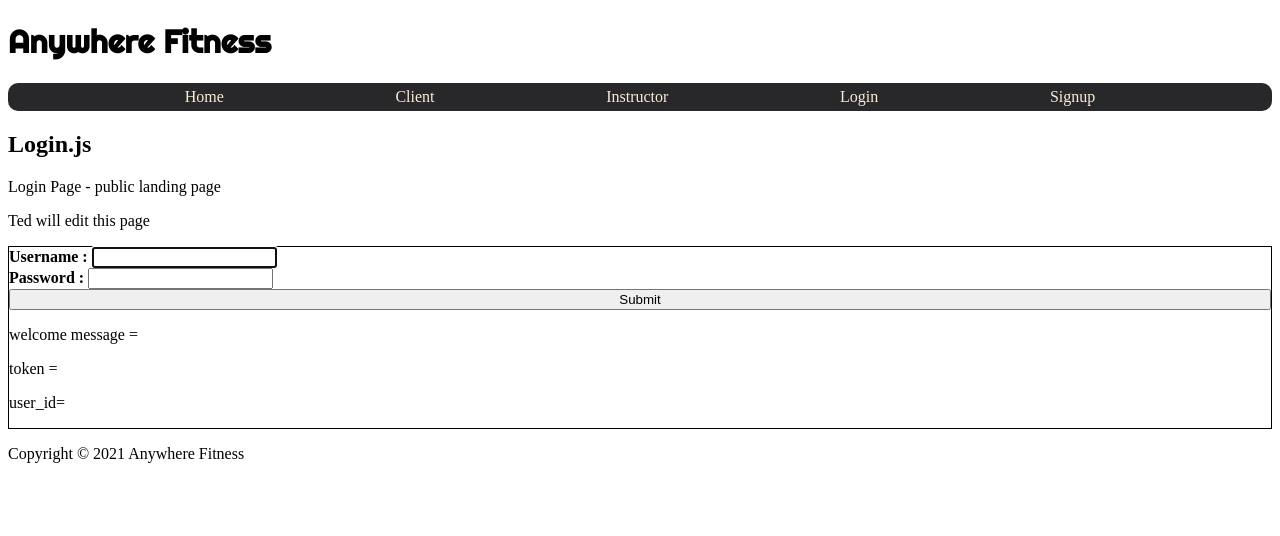
Repository: 10-21-BW-AnywhereFitness/frontend
Page: /login (app in anywherefitness-fe/)
An editor plug-in stored every save of this project. The page is shown before and after a run of saves, followed by the edit.
The browser window is 1280 px wide. The pictures show the whole page.
Some web fonts or font styles are not loaded; a fallback is used. The project was rebuilt for these pictures with package versions that can differ from the ones it lists, and the page was loaded fresh each time. Also part of the build but not shown: anywherefitness-fe/src/components/pages/home.js, anywherefitness-fe/src/components/landing/ClientLanding.js, anywherefitness-fe/src/components/pages/client.js, anywherefitness-fe/src/components/landing/EditMenu.css, anywherefitness-fe/src/components/landing/EditMenu.js, anywherefitness-fe/src/components/landing/ClassDetails.js, anywherefitness-fe/src/components/landing/Popup.css, anywherefitness-fe/src/components/landing/Popup.js and 5 more.

Above is the page before, as saved 2021-10-22 09:54:36.

### anywherefitness-fe/public/index.html
<!DOCTYPE html>
<html lang="en">
  <head>
    <meta charset="utf-8" />
    <link rel="icon" href="%PUBLIC_URL%/favicon.ico" />
    <meta name="viewport" content="width=device-width, initial-scale=1" />
    <meta name="theme-color" content="#000000" />
    <link rel="preconnect" href="https://fonts.googleapis.com">
    <link rel="preconnect" href="https://fonts.gstatic.com" crossorigin>
    <link href="https://fonts.googleapis.com/css2?family=Righteous&family=Scheherazade+New&display=swap" rel="stylesheet">

      <title>Anywhere Fitness App</title>
  </head>
      <body>
        <div id="root"></div>
      </body>
</html>

### anywherefitness-fe/src/index.css
* {

}

body {

  font-family: 'Scheherazade New', serif;

}

code {
  font-family: source-code-pro, Menlo, Monaco, Consolas, 'Courier New',
    monospace;
}

h1{
  font-family: 'Righteous', cursive;
  color: black;
}

.logo-bar{
  margin: 0;
  padding:0;
}

.nav-bar{
  display: flex;
  justify-content: space-evenly;
  align-items: center;
  background-color: rgb(40, 40, 43);
  border-radius: 10px 10px;
  padding:5px;
  margin-top: 0;
}

a{
  color: antiquewhite;
  text-decoration: none;
}

.content-container{
  display: flex;
  flex-direction: row;
  justify-content: space-around;
}

.text-content{
  border: 1px solid red;
}

.workout-img{
  border: 1px solid red;
}

.workout-img img{
  width: 50%;
  height: 50%;
}

### anywherefitness-fe/src/App.js
import React from "react";
import { Route, Link } from "react-router-dom";
import "./App.css";
import NavBar from "./components/NavBar";
import Home from "./components/pages/home";
import Client from "./components/pages/client";
import Instructor from "./components/pages/instructor";
import Footer from "./components/Footer";
import Login from "./components/pages/login";
import Signup from "./components/pages/signup";

function App() {
  return (
    <div className="App">
      <header className="header">
        <div className="logo-bar">
          <Link to="/" style={{ textDecoration: "none" }}>
            <h1>Anywhere Fitness</h1>
          </Link>
        </div>
        <NavBar />
      </header>

      <div className="main-content">
        <Route exact path="/">
          <Home />
        </Route>

        <Route path="/client">
          <Client />
        </Route>

        <Route path="/instructor">
          <Instructor />
        </Route>

        <Route path="/login">
          <Login />
        </Route>

        <Route path="/signup">
          <Signup />
        </Route>

        <div className="footer-container">
          <Footer />
        </div>
      </div>
    </div>
  );
}

export default App;

### anywherefitness-fe/src/App.css
.App {
  text-align: ;
}

### anywherefitness-fe/src/components/NavBar.js
import React from "react";
import { Link } from "react-router-dom";

export default function NavBar() {
  return (
    <div className="nav-bar">
      <Link to="/" style={{ textDecoration: 'none' }}>Home</Link>
      <Link to="/client" style={{ textDecoration: 'none' }}>Client</Link>
      <Link to="/instructor" style={{ textDecoration: 'none' }}>Instructor</Link>
      <Link to="/login" style={{ textDecoration: 'none' }}>Login</Link>
      <Link to="/signup" style={{ textDecoration: 'none' }}>Signup</Link>
    </div>
  );
}

### anywherefitness-fe/src/components/Footer.js
import React from "react";
import { CardFooter } from "reactstrap";

export default function Footer() {
  return (
    <div className="contact-container">
      <CardFooter className="center">
        <p className="text-center">Copyright &copy; 2021 Anywhere Fitness</p>
      </CardFooter>
    </div>
  );
}

### anywherefitness-fe/src/components/pages/login.js
import React from "react";
import LoginForm from "../../form/login";

const Login = (props) => {
  return (
    <div>
      <h2>Login.js</h2>
      <p>Login Page - public landing page</p>
      <p>Ted will edit this page</p>
      <LoginForm />
    </div>
  );
};

export default Login;

### anywherefitness-fe/src/form/login.js
import React, { useEffect, useState } from "react";
import styled from "styled-components";
import { API_Call_loginService } from "../api/api_calls";
import * as con from "../constant/constant";
import { useHistory } from "react-router-dom";

const Container = styled.div`
  border: solid 1px black;
`;

const Form = styled.form`
  display: flex;
  flex-direction: column;
`;

export default function LoginForm(props) {
  const initialState = {
    username: "",
    password: "",
  };
  const history = useHistory();
  const [state, setState] = useState(initialState);

  const cb_onSubmit = (event) => {
    event.preventDefault();

    API_Call_loginService(state)
      .then((res) => {
        console.log("API_Call_loginService, res.data = ", res.data);
        con.setToken(res.data.token);
        con.setRole(res.data.role_id);
        con.setUserID(res.data.user_id);
        con.setWelcomeMessage(res.data.message);
        if (res.data.role_id === 1) {
          history.push("/instructor");
        } else {
          history.push("/client");
        }
      })
      .catch((error) => {
        console.log("block_log_in_as_client, error = ", error);
      });
  };

  const cb_onChange = (event) => {
    setState({ ...state, [event.target.name]: event.target.value });
  };

  useEffect(() => {
    con.setRole("");
    con.setToken("");
    con.setUserID("");
    con.setWelcomeMessage("");
  }, []);

  return (
    <Container>
      <Form onSubmit={cb_onSubmit}>
        <label>
          {" "}
          <b>Username : </b>
          <input
            type="text"
            name="username"
            id="username"
            value={state.username}
            autoFocus
            onChange={cb_onChange}
          />
        </label>
        <label>
          {" "}
          <b> Password : </b>
          <input
            type="text"
            name="password"
            id="password"
            value={state.password}
            onChange={cb_onChange}
          />
        </label>
        <button>Submit</button>
      </Form>
      <p>welcome message = {con.getWelcomeMessage()}</p>
      <p>token = {con.getToken()}</p>
      <p>user_id={con.getUserID()}</p>
    </Container>
  );
}

### anywherefitness-fe/src/api/api_calls.js
import axios from "axios";
import * as con from "../constant/constant";

const axiosWithAuth = () => {
  return axios.create({
    baseURL: con.API_URL_BASE,
    headers: {
      authorization: con.getToken(),
    },
  });
};

export const API_CALL_registerUser = (credential) => {
  return axios.post(con.API_URL_BASE + con.PATH_REGISTER, credential);
};

export const API_Call_loginService = (credential) => {
  console.log(
    "con.API_URL_BASE + con.PATH_LOGIN = ",
    con.API_URL_BASE + con.PATH_LOGIN
  );
  return axios.post(con.API_URL_BASE + con.PATH_LOGIN, credential);
};

export const API_Call_logoutService = () => {
  con.setToken("");
  con.setRole("");
  con.setUserID("");
  con.setWelcomeMessage("");
};

//==================================================================
export const client_make_a_reservation_by_id = (id) => {
  console.log(
    "PATH_CLIENT_MAKE_A_CLASS_RESERVATION + id =",
    con.PATH_CLIENT_MAKE_A_CLASS_RESERVATION + id
  );
  console.log("getToken = ", con.getToken());
  return axiosWithAuth().post(
    con.PATH_CLIENT_MAKE_A_CLASS_RESERVATION + id,
    {}
  );
};

export const instructor_add_one_class = (object) => {
  return axiosWithAuth().post(con.PATH_INSTRUCTOR_ADD_CLASS, object);
};

//==================================================================
export const client_get_class_by_id = (id) => {
  return axiosWithAuth().get(con.PATH_CLIENT_GET_CLASSES + id);
};

export const instructor_get_class_by_id = (id) => {
  return axiosWithAuth().get(con.PATH_INSTRUCTOR_GET_CLASS_BY_ID + id);
};

//=================================================================
export const client_get_all_available_classes = () => {
  return axiosWithAuth().get(con.PATH_CLIENT_GALL_ALL_AVAILABLE_CLASSES);
};

export const client_get_one_reserved_class_by_id = (id) => {
  return axiosWithAuth().get(con.PATH_CLIENT_GET_ALL_RESERVED_CLASSES + id);
};

export const client_get_all_reserved_classes = () => {
  return axiosWithAuth().get(con.PATH_CLIENT_GET_ALL_RESERVED_CLASSES);
};

export const instructor_get_all_classes = () => {
  return axiosWithAuth().get(con.PATH_INSTRUCTOR_GET_CLASSES);
};

//=================================================================
// export const API_Call_updateByID = (PATH_UPDATE, ID, object) => {
//   return axiosWithAuth().put(PATH_UPDATE + ID, object);
// };

//============================================================
export const client_delete_reservation_by_id = (id) => {
  return axiosWithAuth().delete(
    con.PATH_CLIENT_DELETE_A_CLASS_RESERVATION + id
  );
};

export const instructor_delete_class_by_id = (id) => {
  return axiosWithAuth().delete(con.PATH_INSTRUCTOR_DELETE_CLASS_BY_ID + id);
};

### anywherefitness-fe/src/constant/constant.js
export const API_URL_BASE = "https://buildweek-backend-10-21.herokuapp.com";
export const PATH_REGISTER = "/api/auth/register";
export const PATH_LOGIN = "/api/auth/login";
export const PATH_PUBLIC_GET_CLASSES = "/api/client/public/classes";
export const PATH_CLIENT_GET_CLASSES = "/api/client/classes/";
export const PATH_CLIENT_RESERVED_CLASSES = `/api/client/${getUserID()}/classes`;

export const PATH_INSTRUCTOR_ADD_CLASS = `/api/instructor/${getUserID()}/classes/`;
export const PATH_INSTRUCTOR_GET_CLASSES = `/api/instructor/${getUserID()}/classes/`;
export const PATH_INSTRUCTOR_DELETE_CLASS_BY_ID = `/api/instructor/${getUserID()}/classes/`;
export const PATH_INSTRUCTOR_GET_CLASS_BY_ID = `/api/instructor/${getUserID()}/classes/`;
export const PATH_CLIENT_GET_CLASS_BY_ID = `/api/client/classes/`;
export const PATH_CLIENT_MAKE_A_CLASS_RESERVATION = `/api/client/classes/`;
export const PATH_CLIENT_DELETE_A_CLASS_RESERVATION = `/api/client/${getUserID()}/classes/`;
//[GET] /api/client/:user_id/classes -- gets all the classes that the user has a reservation for
export const PATH_CLIENT_GET_ALL_RESERVED_CLASSES = `/api/client/${getUserID()}/classes/`;
export const PATH_CLIENT_GALL_ALL_AVAILABLE_CLASSES = `/api/client/classes`;

export function getToken() {
  if (localStorage.getItem("token")) {
    return localStorage.getItem("token");
  } else {
    return "";
  }
}

export function setWelcomeMessage(welcomeMessage) {
  localStorage.setItem("welcomeMessage", welcomeMessage);
}

export function getWelcomeMessage() {
  return localStorage.getItem("welcomeMessage");
}

export function setToken(tokenValue) {
  localStorage.setItem("token", tokenValue);
}

export function setRole(role_id) {
  localStorage.setItem("role_id", role_id);
}

export function getRole() {
  return localStorage.getItem("role_id");
}

export function setUserID(user_id) {
  localStorage.setItem("user_id", user_id);
}

export function getUserID() {
  return localStorage.getItem("user_id");
}

export function createClientCredential(username, password) {
  return { username: username, password: password, role_id: "client" };
}

export function createInstructorCredential(username, password) {
  return { username: username, password: password, role_id: "instructor" };
}

export function getClientCredential() {
  return { username: "tomtom5", password: "tomtom5" };
}

export function getInstructorCredential() {
  return { username: "masonj", password: "masonj" };
}

export function getNewClass() {
  return {
    class_name: "class one" + JSON.stringify(Date.now()),
    // "class_name": "class one" ,
    class_type: "type one",
    class_date: "10/11/2021",
    class_time: "17:00",
    class_duration: 25,
    class_intensity: "low",
    class_location: "location one",
    class_registered_clients: 0,
    class_max: 30,
  };
}

Loaded but not shown: anywherefitness-fe/src/index.js (common file)

After the next 2 saves:
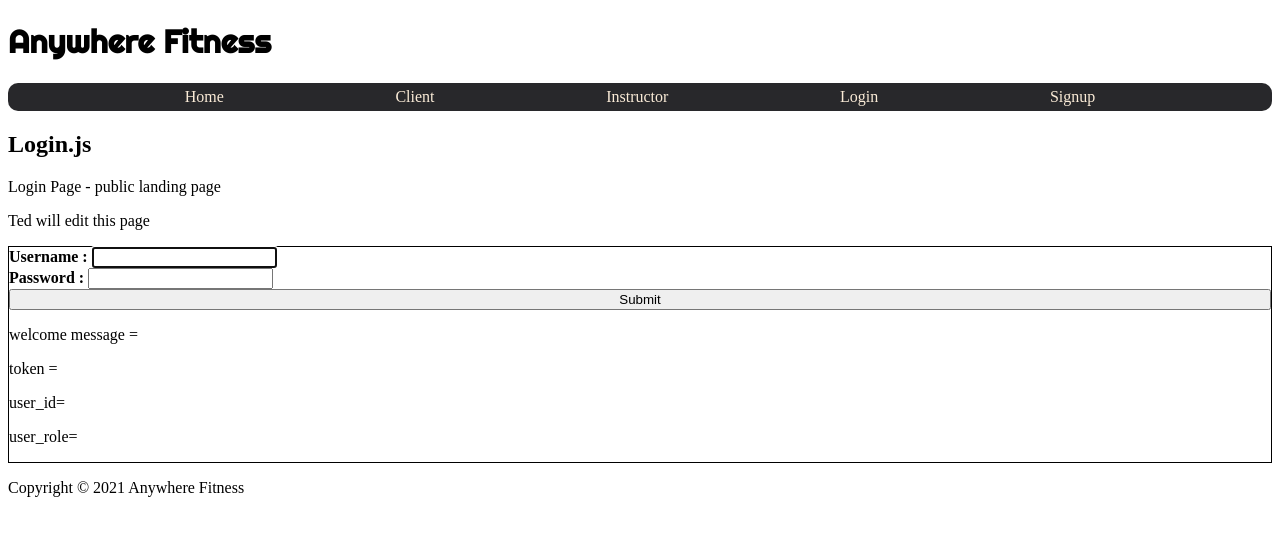
The 2 saves are shown as one change because 1 did not build or start.
The last was saved 17 s later.
--- a/anywherefitness-fe/src/form/login.js
+++ b/anywherefitness-fe/src/form/login.js
@@ -84,6 +84,7 @@ export default function LoginForm(props) {
       <p>welcome message = {con.getWelcomeMessage()}</p>
       <p>token = {con.getToken()}</p>
       <p>user_id={con.getUserID()}</p>
+      <p>user_role=</p>
     </Container>
   );
 }
